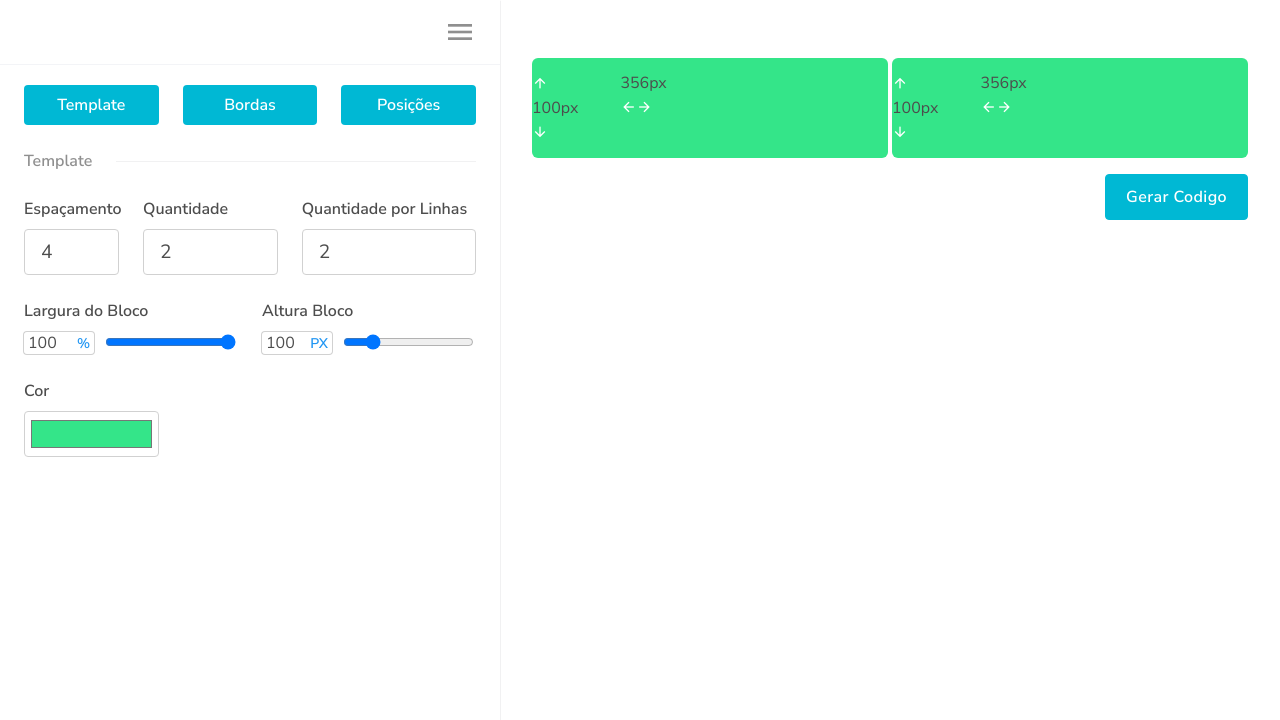
Repository: Flintdl/lowcode-elements
Page: /
The author's editor kept a copy of each file at every save. The page is drawn from the files as they stood at one save, then again after the next save.
The browser window is 1280 px wide. The pictures show the whole page.
The project was rebuilt for these pictures with package versions that can differ from the ones it lists, and the page was loaded fresh each time. Also part of the build but not shown: vue.config.js.

Above is the page before, as saved 2022-04-06 11:40:03.

After the next save:
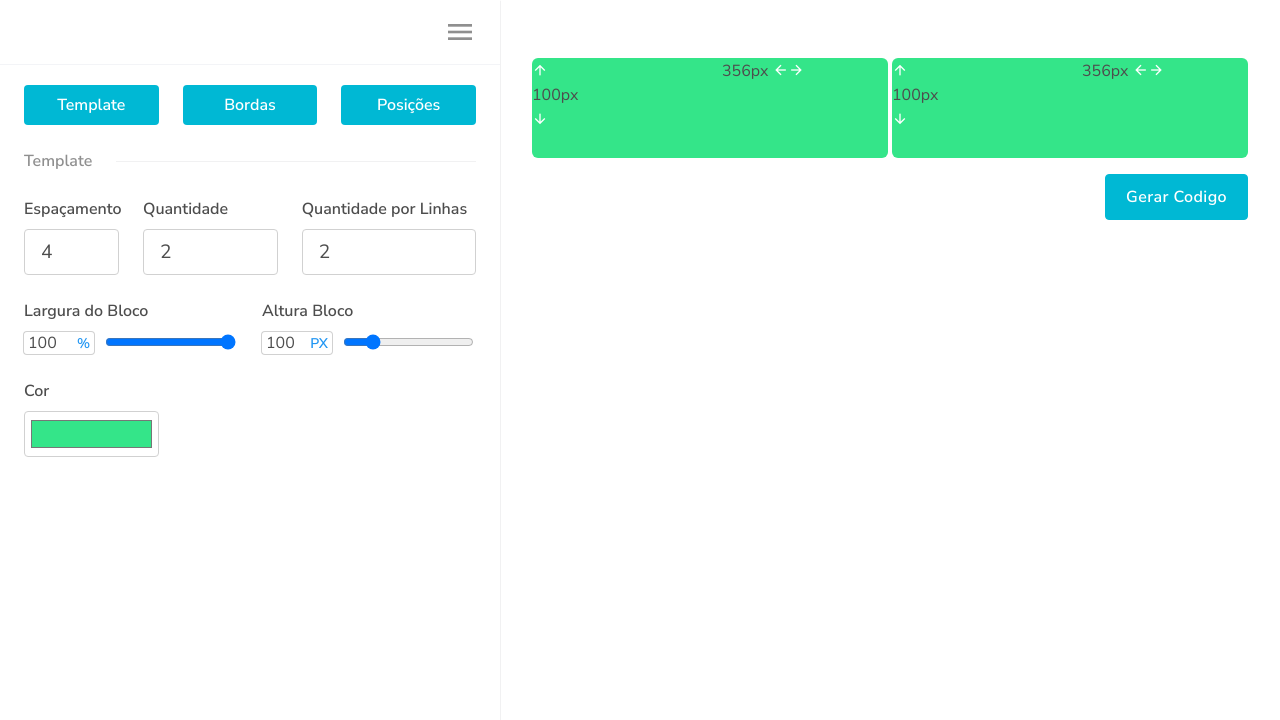
Saved 18 s later.
--- a/src/components/templates/DivGrid.vue
+++ b/src/components/templates/DivGrid.vue
@@ -1,6 +1,6 @@
 <template>
   <div
-    class="sf-position-relative sf-overflow-hidden sf-display-flex sf-align-items-center sf-flex-row sf-justify-content-between"
+    class="sf-position-relative sf-overflow-hidden"
     :style="cssDefinido"
     ref="container"
   >
